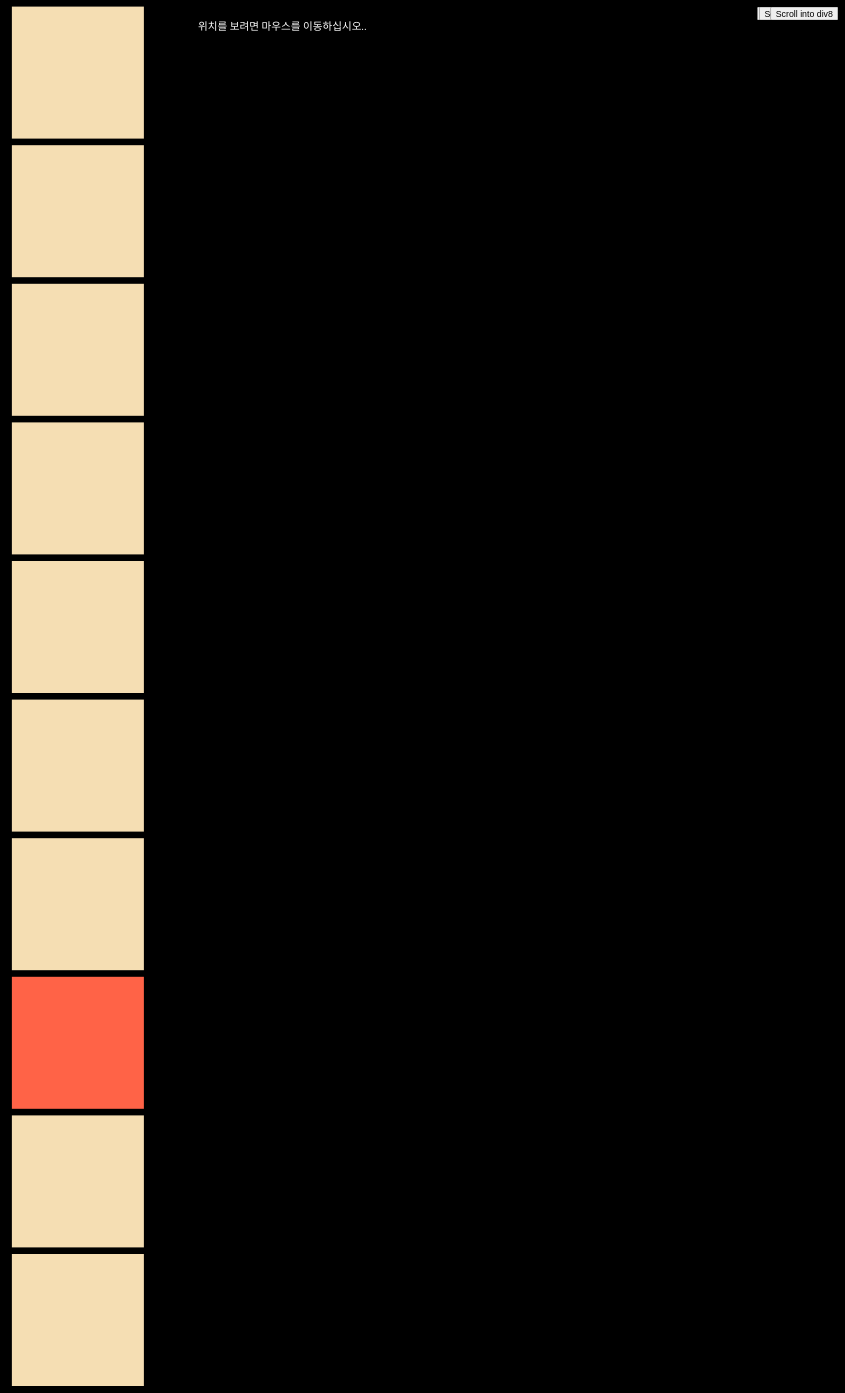
Repository: GoodHoneyCake/Dream_Coding_Academy5
Page: browser/chap1/window_coordinate.html
These files come from the project's save history. The page is drawn as it stood at one moment and after the next save; the edit follows.
The browser window is 1280 px wide. The pictures show the whole page, at 66% of full size.

Above is the page before, as saved 2021-01-28 13:53:33.

After the next save:
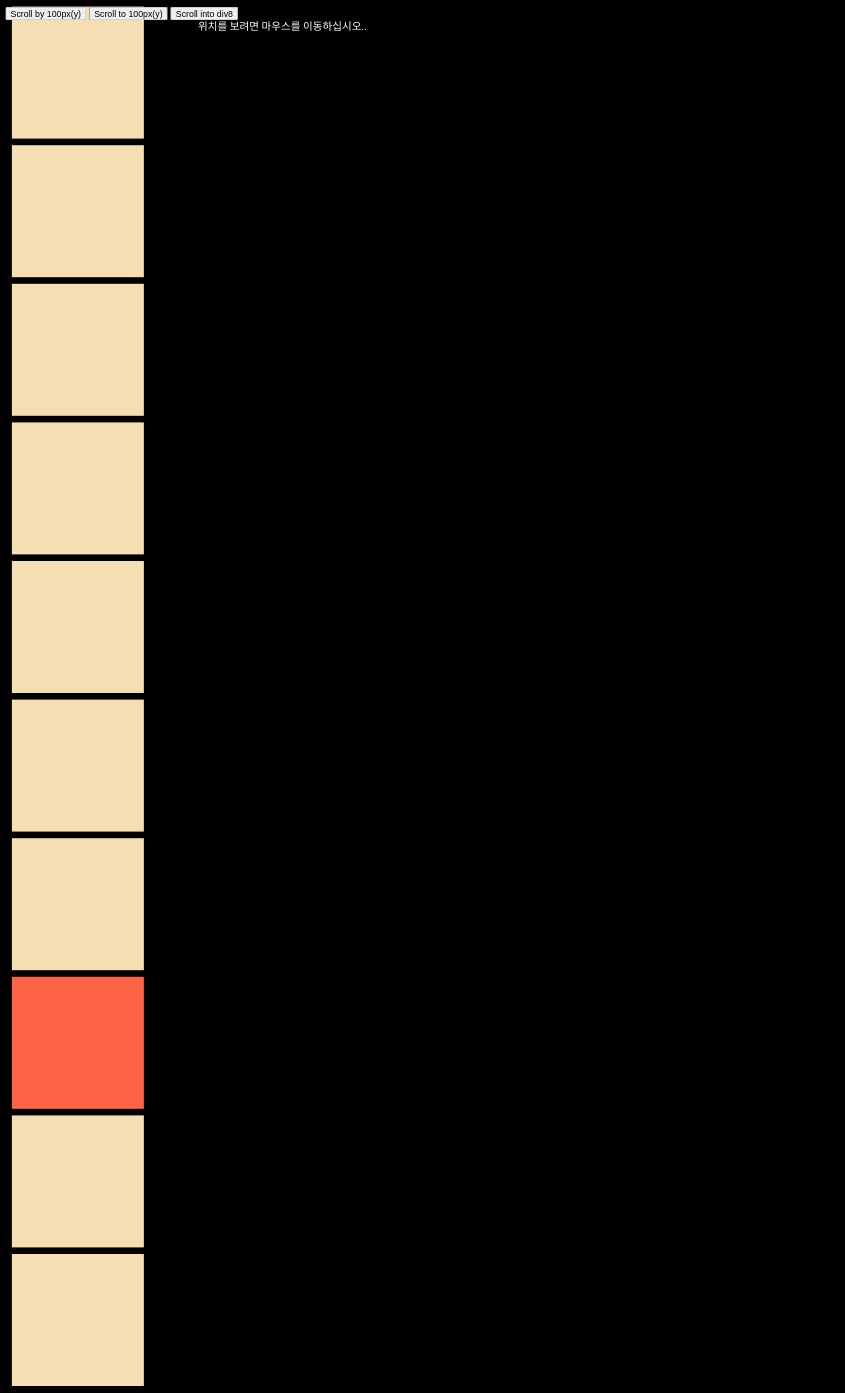
Saved 9 s later.
--- a/browser/chap1/window_coordinate.html
+++ b/browser/chap1/window_coordinate.html
@@ -11,12 +11,9 @@
       color: white;
     }
     section {
-      position
+      position: fixed;
     }
-    button {
-      position: fixed;
-      right: 10px;
-    }
+
     p {
       position: fixed;
       left: 300px;
